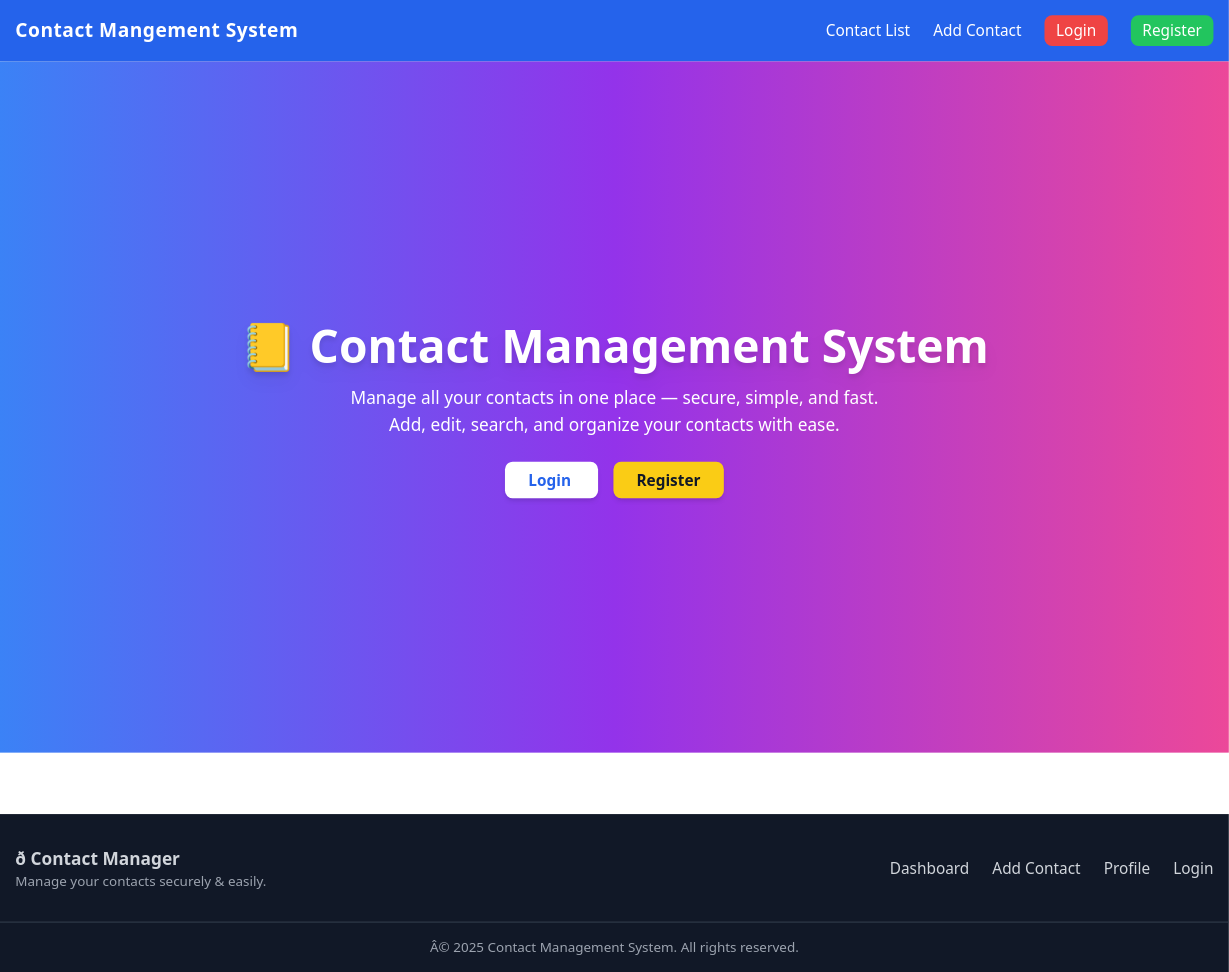
Repository: tauseefthedeveloper/ContactManagementSystem
Page: http://localhost/ContactManagementSystem/
These files come from the project's save history. The page is drawn as it stood at one moment and after the next save; the edit follows.
The browser window is 1280 px wide. The pictures show the whole page, at 96% of full size.
Some web libraries are served in a nearby version. The page is served by Tomcat 9. Other server files are loaded and not shown.

Above is the page before, as saved 2025-09-01 09:45:00.

### ContactManagementSystem/src/main/webapp/index.jsp
<%@ page language="java" contentType="text/html; charset=UTF-8"
	pageEncoding="UTF-8"%>
<!DOCTYPE html>
<html>
<head>
<meta charset="UTF-8">
<title>Contact Management System || Home page</title>
<script src="https://cdn.tailwindcss.com"></script>

</head>

<body>
	<div>
		<%@include file="navbar.jsp"%>
	</div>
	<div
		class="h-screen bg-gradient-to-r from-blue-500 via-purple-600 to-pink-500 flex items-center justify-center">
		<div class="text-center text-white px-6">

			<!-- Title -->
			<h1 class="text-5xl font-extrabold mb-4 drop-shadow-lg">📒
				Contact Management System</h1>

			<!-- Subtitle -->
			<p class="text-lg mb-8 max-w-xl mx-auto">Manage all your contacts
				in one place — secure, simple, and fast. Add, edit, search, and
				organize your contacts with ease.</p>

			<!-- Buttons -->
			<div class="space-x-4">
				<a href="login.jsp"
					class="bg-white text-blue-600 font-semibold px-6 py-2 rounded-lg shadow-md hover:bg-gray-200 transition">
					Login </a> <a href="register.jsp"
					class="bg-yellow-400 text-gray-900 font-semibold px-6 py-2 rounded-lg shadow-md hover:bg-yellow-300 transition">
					Register </a>
			</div>
		</div>
	</div>
	<div>
	  <%@include file="footer.jsp" %>
	</div>

</body>
</html>

### ContactManagementSystem/src/main/webapp/navbar.jsp
<!-- Navbar -->
<nav class="bg-blue-600 text-white shadow-lg">
  <div class="max-w-7xl mx-auto px-4">
    <div class="flex justify-between h-16">

      <!-- Logo / Brand -->
      <div class="flex items-center">
        <a href="dashboard.jsp" class="text-xl font-bold tracking-wide">Contact Mangement System</a>
      </div>

      <!-- Links -->
      <div class="hidden md:flex items-center space-x-6">
        <a href="dashboard.jsp" class="hover:text-gray-200">Contact List</a>
        <a href="add_contact.jsp" class="hover:text-gray-200">Add Contact</a>
        <a href="LogoutServlet" class="bg-red-500 px-3 py-1 rounded-lg hover:bg-red-600">Login</a>
        <a href="LogoutServlet" class="bg-green-500 px-3 py-1 rounded-lg hover:bg-green-600">Register</a>
      </div>

      <!-- Mobile Menu Button -->
      <div class="md:hidden flex items-center">
        <button id="menu-btn" class="focus:outline-none">
          <svg class="w-6 h-6" fill="none" stroke="currentColor" viewBox="0 0 24 24">
            <path stroke-linecap="round" stroke-linejoin="round" stroke-width="2"
              d="M4 6h16M4 12h16M4 18h16"/>
          </svg>
        </button>
      </div>
    </div>
  </div>

  <!-- Mobile Menu -->
  <div id="menu" class="hidden md:hidden bg-blue-700 px-4">
    <a href="dashboard.jsp" class="block py-2 hover:text-gray-300">Dashboard</a>
    <a href="add_contact.jsp" class="block py-2 hover:text-gray-300">Add Contact</a>
    <a href="profile.jsp" class="block py-2 hover:text-gray-300">Profile</a>
    <a href="LogoutServlet" class="block py-2 text-red-300 hover:text-red-400">Logout</a>
  </div>
</nav>

<!-- Script for Mobile Menu -->
<script>
  const btn = document.getElementById('menu-btn');
  const menu = document.getElementById('menu');

  btn.addEventListener('click', () => {
    menu.classList.toggle('hidden');
  });
</script>

### ContactManagementSystem/src/main/webapp/footer.jsp
<!-- Footer -->
<footer class="bg-gray-900 text-gray-300 mt-16">
  <div class="max-w-7xl mx-auto px-4 py-8 md:flex md:items-center md:justify-between">

    <!-- Left Side -->
    <div class="text-center md:text-left mb-4 md:mb-0">
      <h2 class="text-lg font-semibold">📒 Contact Manager</h2>
      <p class="text-sm text-gray-400">Manage your contacts securely & easily.</p>
    </div>

    <!-- Right Side Links -->
    <div class="flex justify-center space-x-6">
      <a href="dashboard.jsp" class="hover:text-white">Dashboard</a>
      <a href="add_contact.jsp" class="hover:text-white">Add Contact</a>
      <a href="profile.jsp" class="hover:text-white">Profile</a>
      <a href="login.jsp" class="hover:text-white">Login</a>
    </div>
  </div>

  <!-- Bottom Line -->
  <div class="border-t border-gray-700 text-center py-4 text-sm text-gray-400">
    © 2025 Contact Management System. All rights reserved.
  </div>
</footer>

After the next save:
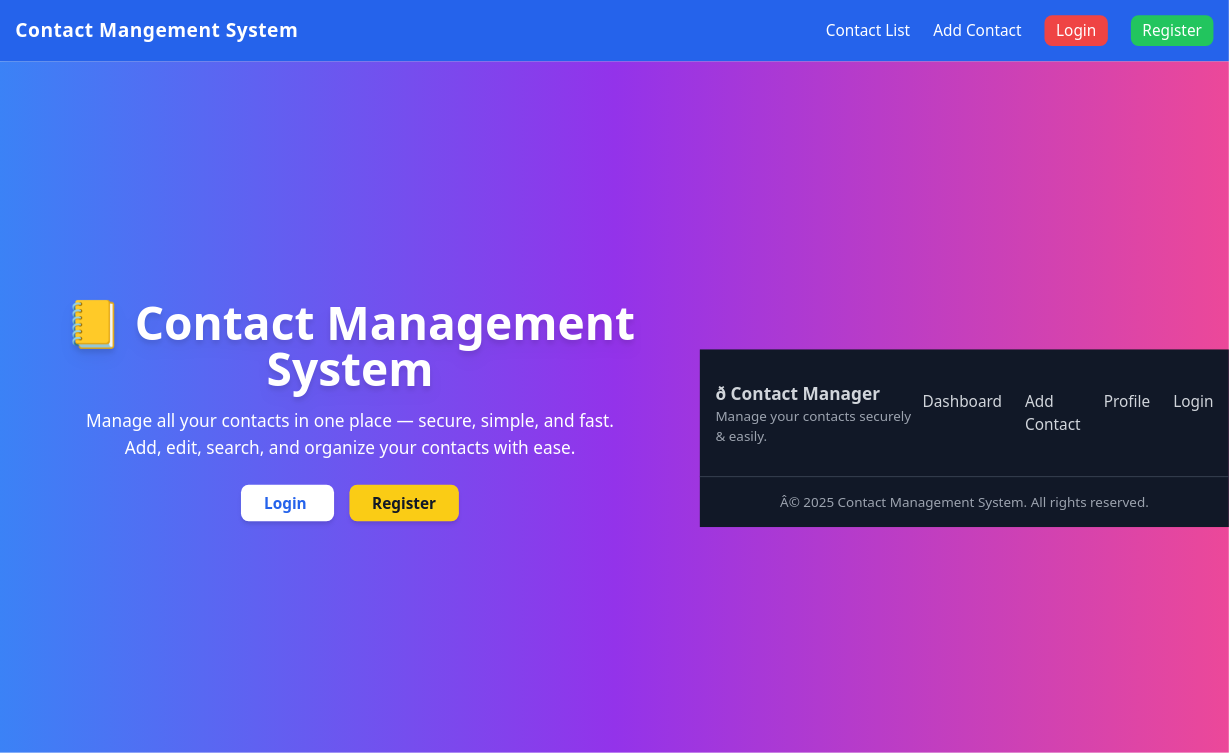
Saved 34 s later.
--- a/ContactManagementSystem/src/main/webapp/index.jsp
+++ b/ContactManagementSystem/src/main/webapp/index.jsp
@@ -35,9 +35,9 @@
 					Register </a>
 			</div>
 		</div>
+		<div>
+	  <%@include file="footer.jsp" %>
 	</div>
-	<div>
-	  <%@include file="footer.jsp" %>
 	</div>
 
 </body>

After the save that followed:
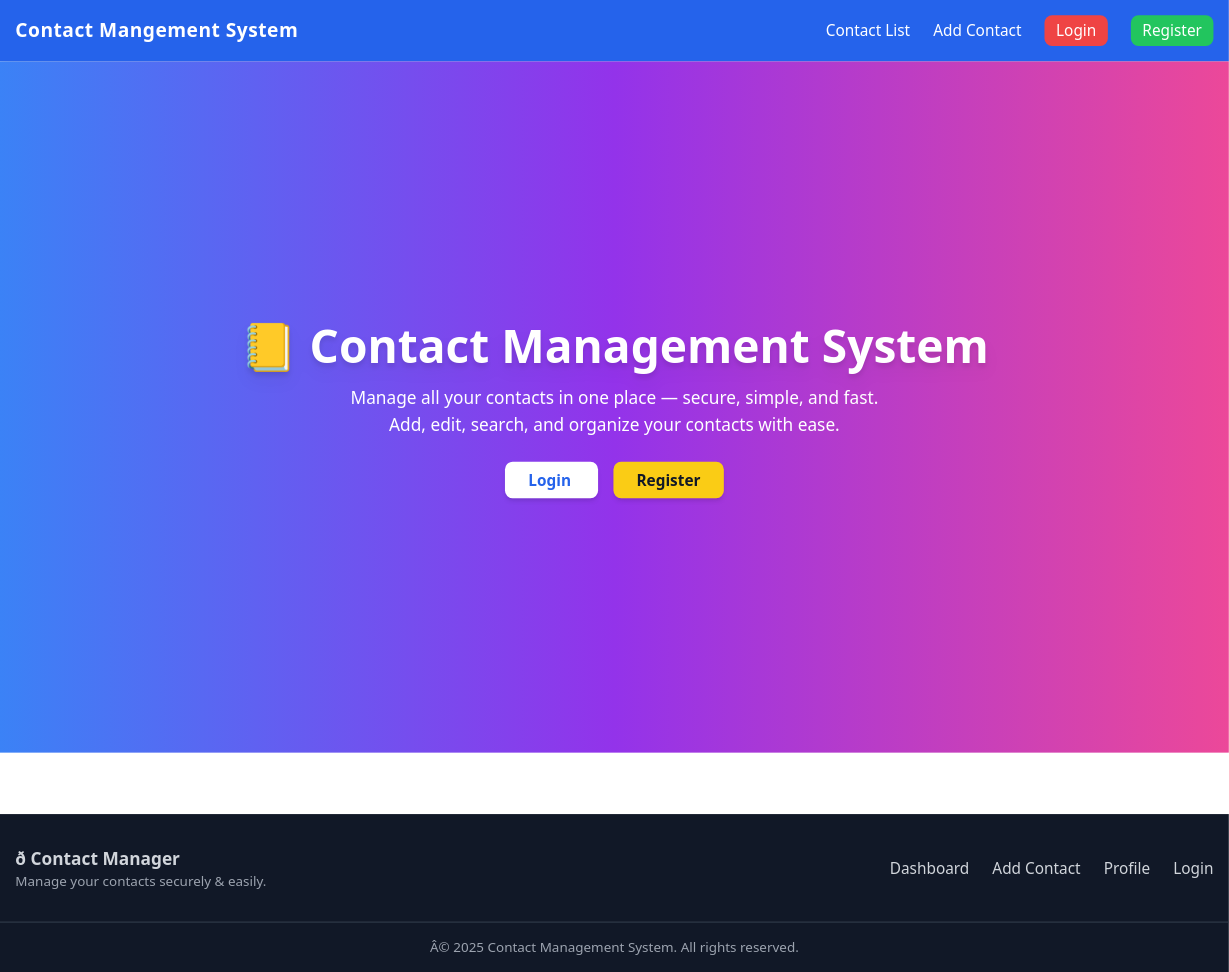
Saved 22 s later.
--- a/ContactManagementSystem/src/main/webapp/index.jsp
+++ b/ContactManagementSystem/src/main/webapp/index.jsp
@@ -35,9 +35,9 @@
 					Register </a>
 			</div>
 		</div>
-		<div>
+	</div>
+	<div>
 	  <%@include file="footer.jsp" %>
-	</div>
 	</div>
 
 </body>
